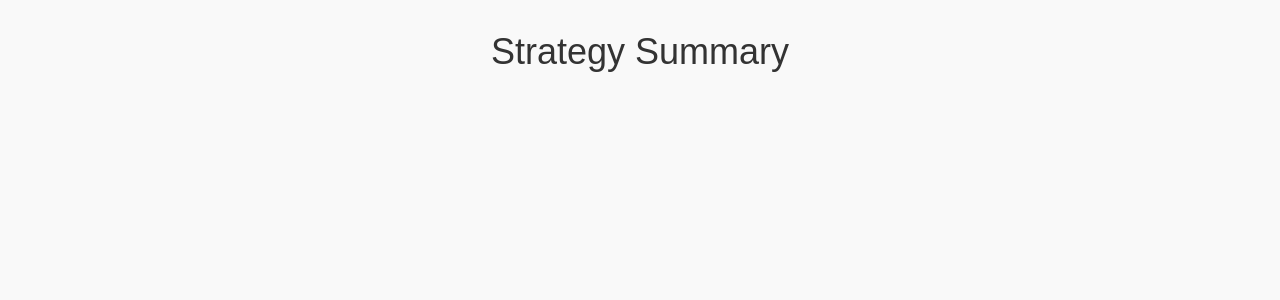
Repository: shiv-aye/stockEye
Page: src/index.html
These files come from the project's save history. The page is drawn as it stood at one moment and after the next save; the edit follows.
The browser window is 1280 px wide. The pictures show the whole page.
The page's requests for data from a server got no answer.

Above is the page before, as saved 2024-02-14 12:07:15.

### src/index.html
<!DOCTYPE html>
<html lang="en">

<head>
    <meta charset="UTF-8">
    <meta name="viewport" content="width=device-width, initial-scale=1.0">
    <title>Strategy Summary</title>
    <!-- Include Bootstrap 5 CSS -->
    <link rel="stylesheet" href="./../node_modules/bootstrap/dist/css/bootstrap.min.css">
    <!-- Include DataTables CSS -->
    <link rel="stylesheet" type="text/css"
        href="./../node_modules/datatables.net-bs5/css/dataTables.bootstrap5.min.css">
    <!-- Include custom CSS -->
    <link rel="stylesheet" href="./styles.css">
</head>

<body>
    <h1>Strategy Summary</h1>

    <!-- Container for tables -->
    <div id="tables-container"></div>

    <!-- Include jQuery -->
    <script src="../node_modules/jquery/dist/jquery.min.js"></script>

    <!-- Include Bootstrap 5 JavaScript -->
    <script src="../node_modules/bootstrap/dist/js/bootstrap.bundle.min.js"></script>

    <!-- Include DataTables JavaScript -->
    <script type="text/javascript" src="../node_modules/datatables.net/js/jquery.dataTables.min.js"></script>
    <script type="text/javascript" src="../node_modules/datatables.net-bs5/js/dataTables.bootstrap5.min.js"></script>

    <script>
        document.addEventListener('DOMContentLoaded', async () => {
            try {
                const response = await fetch('/strategy-summary'); // Send request to fetch strategy summary
                const data = await response.json(); // Parse response JSON
                if (response.ok) {
                    // Display tables for each stock
                    const tablesContainer = document.getElementById('tables-container');
                    data.forEach(stockData => {
                        const table = createDataTable(stockData.symbol, stockData.data);
                        tablesContainer.appendChild(table);
                    });
                } else {
                    console.error('Error fetching strategy summary:', data.error);
                }
            } catch (error) {
                console.error('Error fetching strategy summary:', error);
            }
        });

        // Function to create DataTable for a stock
        function createDataTable(symbol, stockData) {
            // Modify the symbol to make it suitable for use in an HTML ID
            const tableId = symbol.replace(/\W/g, '_') + '-table';

            // Create table element
            const table = document.createElement('table');
            table.id = tableId;
            table.classList.add('display');

            // Create table header
            const thead = document.createElement('thead');
            const headerRow = document.createElement('tr');
            ['Date', 'Closing Price', '% Change (Day)', '% Change (Week)'].forEach(column => {
                const th = document.createElement('th');
                th.textContent = column;
                headerRow.appendChild(th);
            });
            thead.appendChild(headerRow);
            table.appendChild(thead);

            // Create table body
            const tbody = document.createElement('tbody');
            stockData.forEach(data => {
                const row = document.createElement('tr');
                ['date', 'closingPrice', 'percentChangeDay', 'percentChangeWeek'].forEach(property => {
                    const cell = document.createElement('td');
                    cell.textContent = data[property];
                    row.appendChild(cell);
                });
                tbody.appendChild(row);
            });
            table.appendChild(tbody);

            // Initialize DataTable
            $(document).ready(function () {
                $('#' + tableId).DataTable();
            });

            return table;
        }
    </script>
</body>

</html>

### src/styles.css
/* styles.css */

/* Body styling */
body {
    font-family: Arial, sans-serif;
    background-color: #f9f9f9;
    margin: 0;
    padding: 0;
}

/* Heading styling */
h1 {
    text-align: center;
    color: #333;
    margin-top: 30px;
    font-size: 36px;
}

/* Table styling */
table {
    width: 100%;
    border-collapse: collapse;
    margin-top: 20px;
}

th, td {
    padding: 12px;
    text-align: left;
    border-bottom: 1px solid #ddd;
    font-size: 16px;
}

th {
    background-color: #f2f2f2;
    color: #333;
}

tr:hover {
    background-color: #f5f5f5;
}

/* Button styling */
button {
    background-color: #007bff;
    color: #fff;
    border: none;
    padding: 10px 20px;
    border-radius: 5px;
    cursor: pointer;
    transition: background-color 0.3s ease;
    font-size: 16px;
}

button:hover {
    background-color: #0056b3;
}

/* Pagination styling */
.dataTables_paginate {
    margin-top: 20px;
    text-align: center;
    font-size: 14px;
}

.dataTables_paginate .paginate_button {
    padding: 6px 12px;
    border-radius: 5px;
    margin: 0 5px;
    background-color: #007bff;
    color: #fff;
    border: none;
    cursor: pointer;
    transition: background-color 0.3s ease;
}

.dataTables_paginate .paginate_button:hover {
    background-color: #0056b3;
}

/* Additional details */
.container {
    max-width: 800px;
    margin: 0 auto;
    padding: 20px;
    background-color: #fff;
    box-shadow: 0 0 10px rgba(0, 0, 0, 0.1);
    border-radius: 10px;
}

.description {
    text-align: center;
    margin-top: 20px;
    color: #666;
    font-size: 18px;
    line-height: 1.5;
}

Loaded but not shown: node_modules/bootstrap/dist/css/bootstrap.min.css (library); node_modules/datatables.net-bs5/css/dataTables.bootstrap5.min.css (library); node_modules/jquery/dist/jquery.min.js (library); node_modules/bootstrap/dist/js/bootstrap.bundle.min.js (library); node_modules/datatables.net/js/jquery.dataTables.min.js (library); node_modules/datatables.net-bs5/js/dataTables.bootstrap5.min.js (common file)

After the next save:
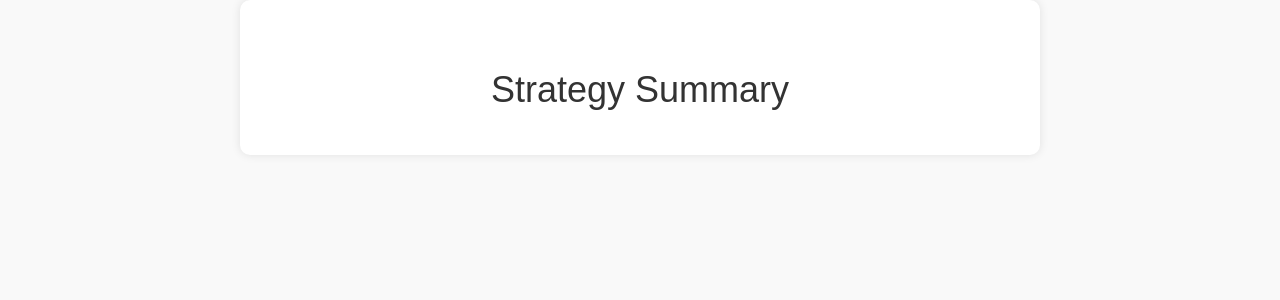
Saved 3 min 16 s later.
--- a/src/index.html
+++ b/src/index.html
@@ -12,13 +12,18 @@
         href="./../node_modules/datatables.net-bs5/css/dataTables.bootstrap5.min.css">
     <!-- Include custom CSS -->
     <link rel="stylesheet" href="./styles.css">
+    <!-- Google Fonts - Open Sans for body text and Montserrat for headings -->
+    <link href="https://fonts.googleapis.com/css2?family=Open+Sans:wght@400;600&family=Montserrat:wght@700&display=swap"
+        rel="stylesheet">
 </head>
 
 <body>
-    <h1>Strategy Summary</h1>
+    <div class="container">
+        <h1 class="text-center mt-5">Strategy Summary</h1>
 
-    <!-- Container for tables -->
-    <div id="tables-container"></div>
+        <!-- Container for tables -->
+        <div id="tables-container" class="mt-4"></div>
+    </div>
 
     <!-- Include jQuery -->
     <script src="../node_modules/jquery/dist/jquery.min.js"></script>
